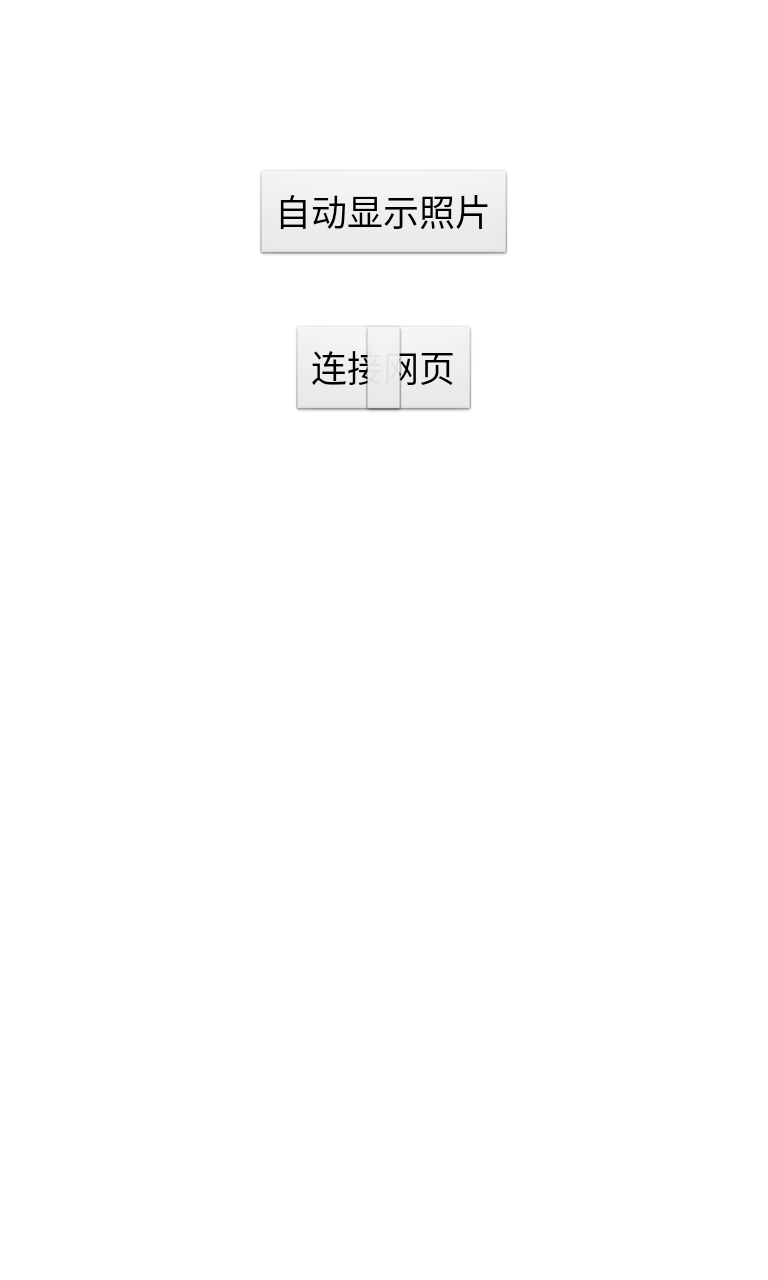
Repository: FreyrChen/tucan_Linux_practice
Layout: 4_Android_program/AirSync/res/layout/activity_main.xml
The author's editor kept a copy of each file at every save. The layout is drawn from the files as they stood at one save, then again after the next save.
It is drawn on a 768 x 1280 px phone screen (xhdpi) without system bars, with theme AppTheme; the app's code is not run.

Above is the layout before, as saved 2013-01-01 09:44:43.

### 4_Android_program/AirSync/res/layout/activity_main.xml
<RelativeLayout xmlns:android="http://schemas.android.com/apk/res/android"
    xmlns:tools="http://schemas.android.com/tools"
    android:layout_width="match_parent"
    android:layout_height="match_parent"
    tools:context=".Main" >


	<!-- start info   -->
    <TextView
        android:id="@+id/MainTextView1"
        style="@style/TextView1"
        android:layout_width="fill_parent"
        android:layout_height="wrap_content"
        android:layout_centerHorizontal="true"
         />

       <TextView
        android:id="@+id/MainTextView2"
        style="@style/TextView2"
        android:layout_below="@+id/MainTextView1"
        android:layout_width="fill_parent"
        android:layout_height="wrap_content"
        android:layout_centerHorizontal="true"
         />
        <Button
	 	android:id="@+id/show_picture_button"
	 	android:layout_below="@+id/MainTextView2"
	 	android:layout_width="wrap_content"
	 	android:layout_height="wrap_content"
	 	android:textSize="18sp"
	 	android:text="@string/show_picture"
	    android:layout_marginTop="30dp"
	    android:layout_gravity="center_horizontal"
	    android:layout_centerHorizontal="true"
 		/>
       <Button
	 	android:id="@+id/http_button"
	 	android:layout_below="@+id/show_picture_button"
	 	android:layout_width="wrap_content"
	 	android:layout_height="wrap_content"
	 	android:textSize="18sp"
	 	android:text="@string/http_connect"
	    android:layout_marginTop="30dp"
	    android:layout_gravity="center_horizontal"
	    android:layout_centerHorizontal="true"
 	/>
     <Button
	 	android:id="@+id/http_button"
	 	android:layout_below="@+id/show_picture_button"
	 	android:layout_width="wrap_content"
	 	android:layout_height="wrap_content"
	 	android:textSize="18sp"
	 	android:text="@+id/http_button"
	    android:layout_marginTop="30dp"
	    android:layout_gravity="center_horizontal"
	    android:layout_centerHorizontal="true"
 	/>

</RelativeLayout>

### 4_Android_program/AirSync/res/values/styles.xml
<resources xmlns:android="http://schemas.android.com/apk/res/android">

    <!--
        Base application theme, dependent on API level. This theme is replaced
        by AppBaseTheme from res/values-vXX/styles.xml on newer devices.
    -->
    <style name="AppBaseTheme" parent="android:Theme.Light">
        <!--
            Theme customizations available in newer API levels can go in
            res/values-vXX/styles.xml, while customizations related to
            backward-compatibility can go here.
        -->
    </style>

    <!-- Application theme. -->
    <style name="AppTheme" parent="AppBaseTheme">
        <!-- All customizations that are NOT specific to a particular API-level can go here. -->
    </style>


   <style name="TextView1">
       <item name="android:textSize">20sp</item>
       <item name="android:textColor">#0000FF</item>
  </style>

  <style name="TextView2">
    <item name="android:textSize">20sp</item>
    <item name="android:textColor">#FF0000</item>
    <item name="android:fromAlpha">0.0</item>
    <item name="android:toAlpha">0.0</item>
  </style>

  <declare-styleable name="Gallery">
    <attr name="android:galleryItemBackground" />
  </declare-styleable>

</resources>

### 4_Android_program/AirSync/res/values/strings.xml
<?xml version="1.0" encoding="utf-8"?>
<resources>

    <string name="app_name">AirSync</string>
    <string name="hello_world">Hello world!</string>
    <string name="menu_settings">Settings</string>
    <string name="nothing"> 这里还什么都没写，等下一步再说~</string>
    <string name="start_info">启动提示：首先您需要打开WIFI，其次您的AirCard与android设备必须在同一个局域网内</string>
    <string name="show_picture">自动显示照片</string>
    <string name="http_connect">连接网页</string>
    <string name="ShowPictureLable">ShowPicture</string>
    <string name="alert_title">请确认：</string>
    <string name="alert_message">AirCard启动WIFI信号发送出来了，而且平板电脑的WIFI确实连接到了aircard？</string>
    <string name="alert_ok">连好了</string>
    <string name="alert_exit">哦，我忘了</string>
	<string name="image_switcher">Image Switcher</string>
</resources>

After the next save:
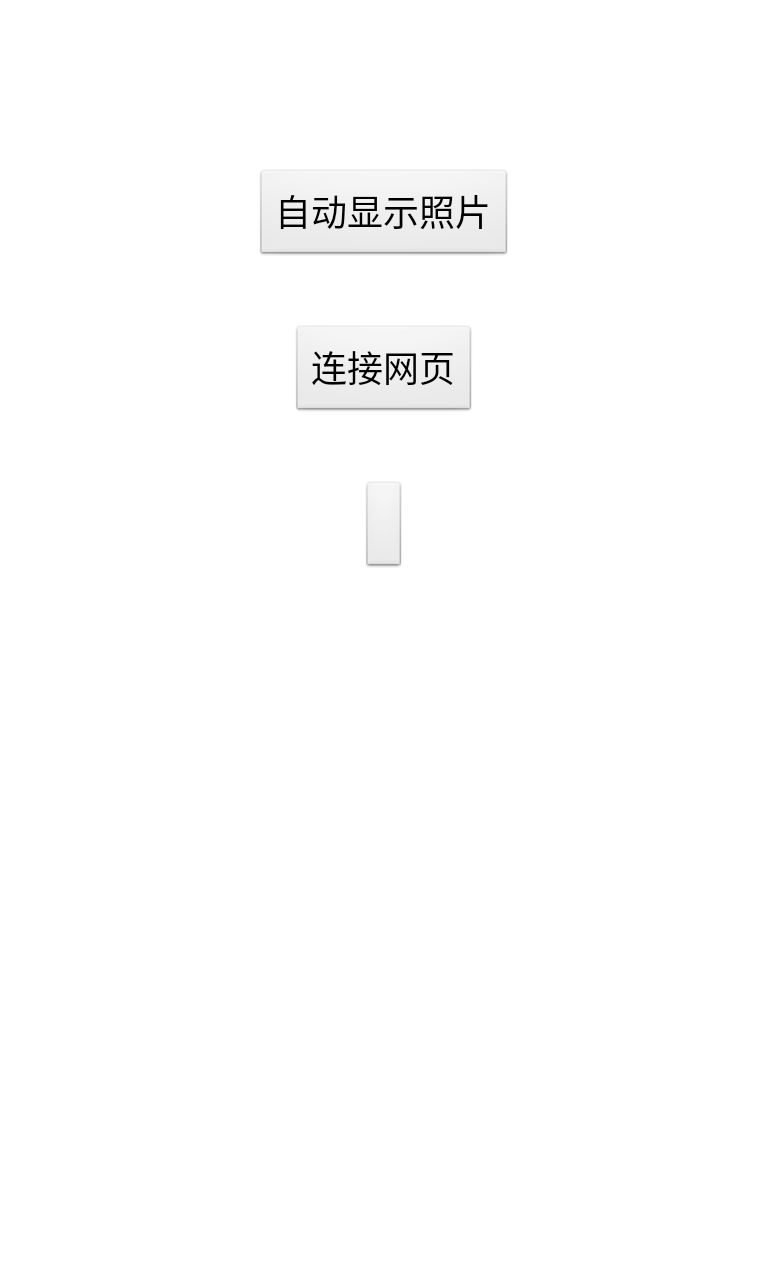
Saved 33 s later.
--- a/4_Android_program/AirSync/res/layout/activity_main.xml
+++ b/4_Android_program/AirSync/res/layout/activity_main.xml
@@ -45,8 +45,8 @@
 	    android:layout_centerHorizontal="true"
  	/>
      <Button
-	 	android:id="@+id/http_button"
-	 	android:layout_below="@+id/show_picture_button"
+	 	android:id="@+id/image_switcher_button"
+	 	android:layout_below="@+id/http_button"
 	 	android:layout_width="wrap_content"
 	 	android:layout_height="wrap_content"
 	 	android:textSize="18sp"
